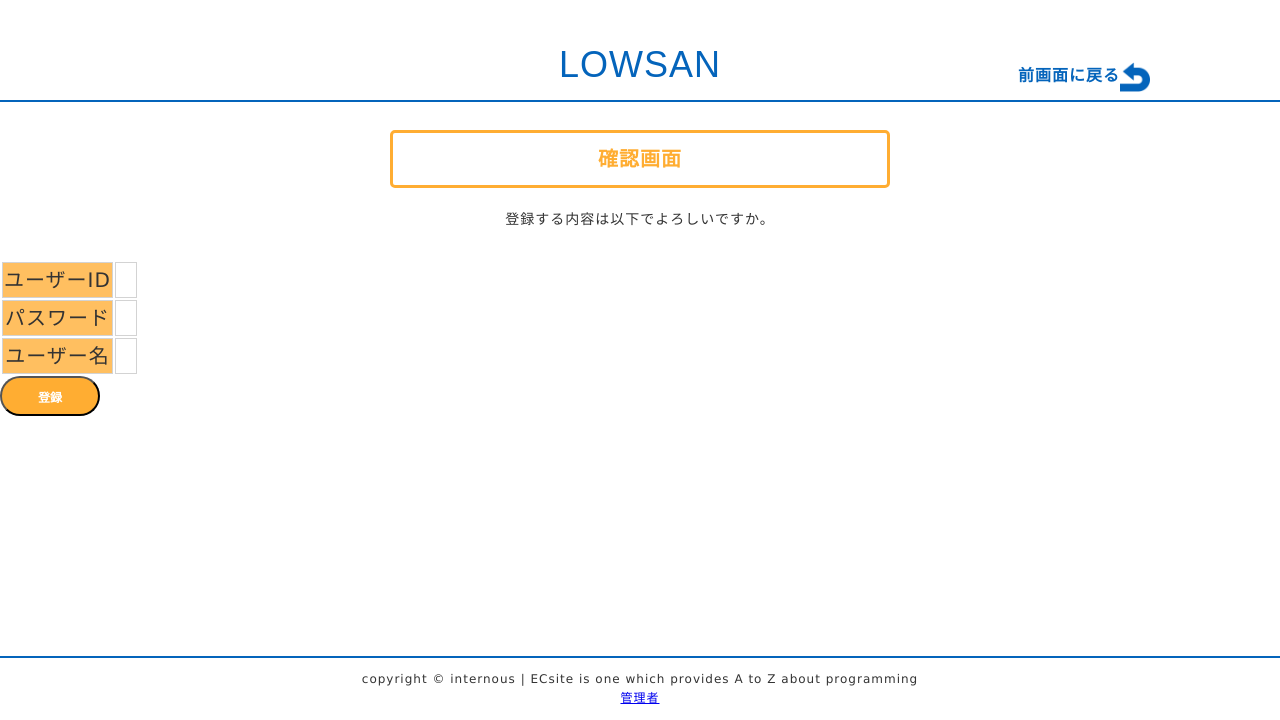
Repository: nishimura0212/myECsite
Page: http://localhost/ecsite/userCreateConfirm.jsp
The author's editor kept a copy of each file at every save. The page is drawn from the files as they stood at one save, then again after the next save.
The browser window is 1280 px wide. The pictures show the whole page.
The page is served by Tomcat 9.

Above is the page before, as saved 2019-01-19 09:54:57.

After the next save:
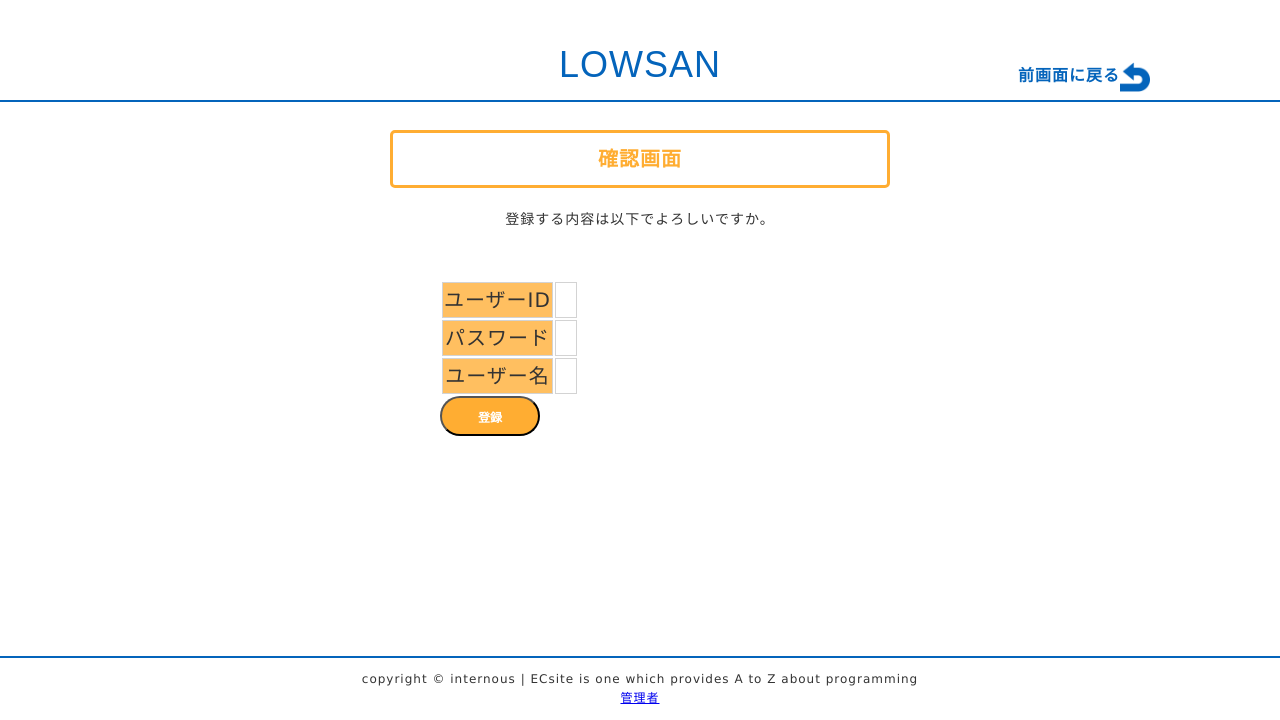
Saved 68 s later.
--- a/ecsite/WebContent/userCreateConfirm.jsp
+++ b/ecsite/WebContent/userCreateConfirm.jsp
@@ -31,6 +31,7 @@
 		</div>
 		<div>
 			<div class="comment">登録する内容は以下でよろしいですか。</div>
+			<div class="center">
 			<div class="right">
 				<s:form action="UserCreateCompleteAction">
 					<table>
@@ -52,6 +53,7 @@
 					</div>
 				</s:form>
 			</div>
+			</div>
 		</div>
 	</div>
 	<div id="footer">
